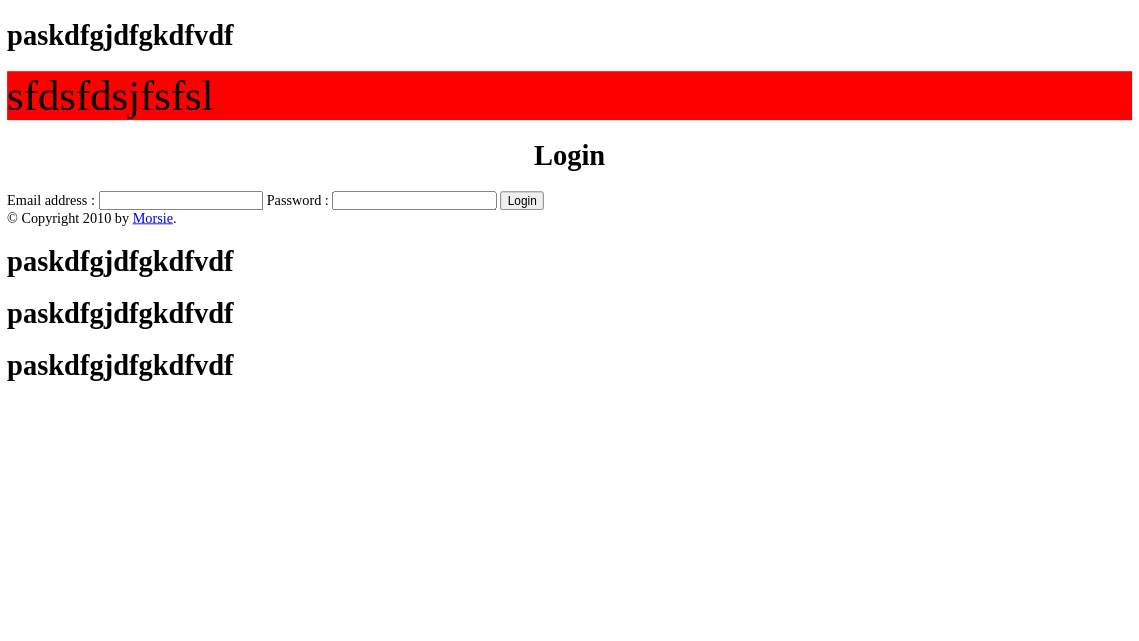
Repository: MorsChen/python-blog
Page: http://localhost/login?next=%2Fnewpost
These files come from the project's save history. The page is drawn as it stood at one moment and after the next save; the edit follows.
The browser window is 1280 px wide. The pictures show the whole page, at 89% of full size.
The page is served by the project's application, run on Flask 3 (default.py).

Above is the page before, as saved 2019-09-09 15:59:44.

### templates/login.html
{% extends 'index.html' %}
{%block title%} Login {% endblock%}
{% block content %}
<form method="POST">
    <h1 style="text-align:center"> Login </h1>
    {{form.hidden_tag()}}
    {{form.email.label}} : {{form.email()}}
    {{form.password.label}} : {{form.password()}}
    {{form.submit}}

</form>


{% endblock %}

### templates/index.html
<!doctype html>
<html>
  <head>
    {% block head %}
    <link rel="stylesheet" href="{{ url_for('static', filename='style.css') }}">
    <title>{% block title %}{% endblock %} - My Blog Webpage</title>
    {% endblock %}
  </head>
  <body>
      <div><h1>paskdfgjdfgkdfvdf</h1></div>
      <nav class="NavBar">sfdsfdsjfsfsl</nav>

      <div id="content">
          {% with messages = get_flashed_messages(with_categories=true) %}
          <!-- Categories: success (green), info (blue), warning (yellow), danger (red) -->
          {% if messages %}
            {% for category, message in messages %}
              <div class="alert alert-{{ category }} alert-dismissible" role="alert">
              <button type="button" class="close" data-dismiss="alert" aria-label="Close"><span aria-hidden="true">&times;</span></button>
              <!-- <strong>Title</strong> --> {{ message }}
              </div>
            {% endfor %}
          {% endif %}
        {% endwith %}

    <div id="content">{% block content %}{% endblock %}</div>
    <div id="footer">
      {% block footer %}
      &copy; Copyright 2010 by <a href="http://domain.invalid/">Morsie</a>.
      {% endblock %}
    </div>
    <div><h1>paskdfgjdfgkdfvdf</h1></div><div><h1>paskdfgjdfgkdfvdf</h1></div><div><h1>paskdfgjdfgkdfvdf</h1></div>
  </body>
</html>

### default.py
import os
from flask import Flask, request, render_template, redirect, url_for, flash
from flask_migrate import Migrate
from flask_sqlalchemy import SQLAlchemy
from werkzeug.security import generate_password_hash, check_password_hash
from datetime import datetime
from flask_wtf import FlaskForm
from wtforms import StringField, SubmitField, PasswordField
from wtforms.validators import DataRequired, Email, EqualTo, ValidationError, Length
from flask_login import LoginManager, UserMixin, login_user, logout_user, current_user, login_required

#setting
app = Flask(__name__)
db = SQLAlchemy(app)
app.config['SECRET_KEY']="SUPERSECRET"

migrate = Migrate(app,db)

login_manager = LoginManager(app)
login_manager.init_app(app)
login_manager.login_view = 'login'


#setting connection
POSTGRES = {
    'user': "khoa",
    'pw': "zzz",
    'db': 'bloghehe',
    'host': "localhost",
    'port': 5432,
}
app.config['SQLALCHEMY_DATABASE_URI'] = 'postgresql://%(user)s:%(pw)s@%(host)s:\
%(port)s/%(db)s' % POSTGRES







#define models

class Users(UserMixin, db.Model):
  id = db.Column(db.Integer, primary_key=True)
  username = db.Column(db.String, nullable=False, unique=True)
  email = db.Column(db.String, nullable=False, unique=True)
  password = db.Column(db.String, nullable=False)
  posts = db.relationship("Posts", backref="users", lazy="dynamic")
  comments = db.relationship("Comments", backref="users", lazy="dynamic")

  def set_pass(self,passw):
    self.password =  generate_password_hash(passw)
  def check_pass(self,passw):
    return check_password_hash(self.password,passw)

class Posts(db.Model):
  id = db.Column(db.Integer, primary_key=True)
  title = db.Column(db.String, nullable=False)
  body = db.Column(db.String, nullable=False)
  created = db.Column(db.DateTime, nullable=False)
  updated = db.Column(db.DateTime)
  author =  db.Column(db.Integer, db.ForeignKey('users.id'), nullable=False)
  comments = db.relationship('Comments', backref="posts", lazy="dynamic")

class Comments(db.Model):
  id = db.Column(db.Integer, primary_key=True)
  body = db.Column(db.String, nullable=False)
  created = db.Column(db.DateTime, nullable=False)
  updated = db.Column(db.DateTime)
  author =  db.Column(db.Integer, db.ForeignKey('users.id'), nullable=False)
  post = db.Column(db.Integer, db.ForeignKey('posts.id'), nullable=False)

db.create_all()


@login_manager.user_loader
def load_user(user_id):
    return Users.query.get(user_id)



#define forms
class Register(FlaskForm):
  username = StringField("User Name", validators=[DataRequired("Please input your username"), Length(min=3, max=20, message="username must have at least 3 char and max 20 chars")])
  email = StringField("Email address", validators=[DataRequired(), Email("Please input an appropriate email address")])
  password = StringField("Password", validators=[DataRequired(), EqualTo("confirm")])
  confirm = StringField("Password", validators=[DataRequired()])
  submit = SubmitField("Register")

  def validate_username(self, field):
        if Users.query.filter_by(username=field.data).first() :
            raise ValidationError("Your username has been registered!!")
  def validate_email(self, field):
        if Users.query.filter_by(email=field.data).first() :
            raise ValidationError("Your email has been registered!!")


class Login(FlaskForm):
  email = StringField("Email address", validators=[DataRequired(), Email("Please input an appropriate email address")])
  password = PasswordField("Password", validators=[DataRequired()])
  submit = SubmitField("Login")

class NewPost(FlaskForm):
  title = StringField("Blog Title", validators=[DataRequired(), Length(min=3,max=255, message="min 3, max 255")])
  body = StringField("Content", validators=[DataRequired(), Length(min=3,max=10000, message="min 3, max 10000")])
  submit = SubmitField("Post")

class New_comment(FlaskForm):
  body = StringField("Comment content", validators=[DataRequired(), Length(min=3, max=1000, message="min 3, max 1000")])
  submit = SubmitField("Comment")

@app.route('/register', methods=['post','get'])
def register():
  form = Register()

  if request.method=="POST":
    if form.validate_on_submit():
      new_user = Users(username = form.username.data,
                        email = form.email.data,
                        )
      new_user.set_pass(form.password.data)
      db.session.add(new_user)
      db.session.commit()
      return redirect(url_for("home"))
    else:
      for field_name, errors in form.errors.items():
          flash(errors)
      return redirect((url_for('register')))
  return render_template('register.html', form = form)

@app.route('/login', methods=['post','get'])
def login():
  form = Login()
  if request.method == 'POST':
    check = Users.query.filter_by(email=form.email.data).first()
    if check :
      if check.check_pass(form.password.data):
        login_user(check)
        return redirect(url_for("home"))
    else:
      flash(["email address not exist"])
      return redirect(url_for('register'))
  return render_template('login.html', form = form)

@app.route('/logout')
@login_required
def logout():
  logout_user()
  return redirect(url_for('login'))

@app.route('/')
def home():
  posts = Posts.query.all()
  return render_template('index.html', posts = posts)


@app.route('/newpost', methods=['post', 'get'])
@login_required
def newpost():
  form = NewPost()
  if request.method == 'POST':
    new_post = Posts(title=form.title.data,
                    body=form.body.data,
                    created = datetime.now())
    current_user.posts.append(new_post)
    db.session.add(new_post)
    db.session.commit()
    return "ok"
  return render_template('newpost.html', form=form)

@app.route('/editpost/<id>', methods=['post','get'])
@login_required
def edit_post(id):
  form = NewPost()
  post = Posts.query.filter_by(id=id, author = current_user.id).first()
  if not post:
    flash([["you are not allowed to edit this post"]])
    return redirect(url_for("home"))
  else:
    if request.method == 'POST':
      post.title = form.title.data
      post.body = form.body.data
      post.updated = datetime.now()
      db.session.commit()
      return "ok"
      # return redirect(url_for('post'))
  return render_template('editpost.html', form = form )

@app.route('/delete_post/<id>', methods=['get'])
@login_required
def delete_post(id):
  post = Posts.query.filter_by(id=id, author=current_user.id).first()
  if post:
    db.session.delete(post)
    db.session.commit()
  else:
    flash(['You are not allowed to delete this post'])
  return redirect(url_for('home'))

@app.route('/single_post/<id>', methods=['get'])
def single_post(id):
  post = Posts.query.filter_by(id=id).first()  # 1 item
  comments = post.comments.all()  # a list
  return render_template('single_post.html', post = post, comments = comments)


@app.route('/posts/<id>/comments', methods=['POST','GET'])
def new_comment(id):
  form = New_comment()
  if request.method == 'POST':
    if form.validate_on_submit():
      post = Posts.query.filter_by(id=id).first()
      c = Comments(body=form.body.data,
                    created = datetime.now(),
                    # author = current_user.id,
                    )
      current_user.comments.append(c) # autho
      post.comments.append(c)      # post
      db.session.add(c)
      db.session.commit()
      return redirect(url_for('single_post', id=id))
    else:
      for field_name, errors in form.errors.items():
          flash(errors)
      return redirect((url_for('new_comment')))
  return render_template('new_comment.html', form = form)



@app.route('/khoa', methods=['get','options',"DELETE"])
def khoa():
  if request.method == "DELETE":
    return "KHOA IS COOL"
  return "NOPE"


if __name__ == "__main__":
  app.run(debug=True, port=5001)

### static/style.css
.NavBar {
    display: flex;
    position: sticky;
    top: 0;
    background-color: red;
    font-size: 3rem;
}

After the next save:
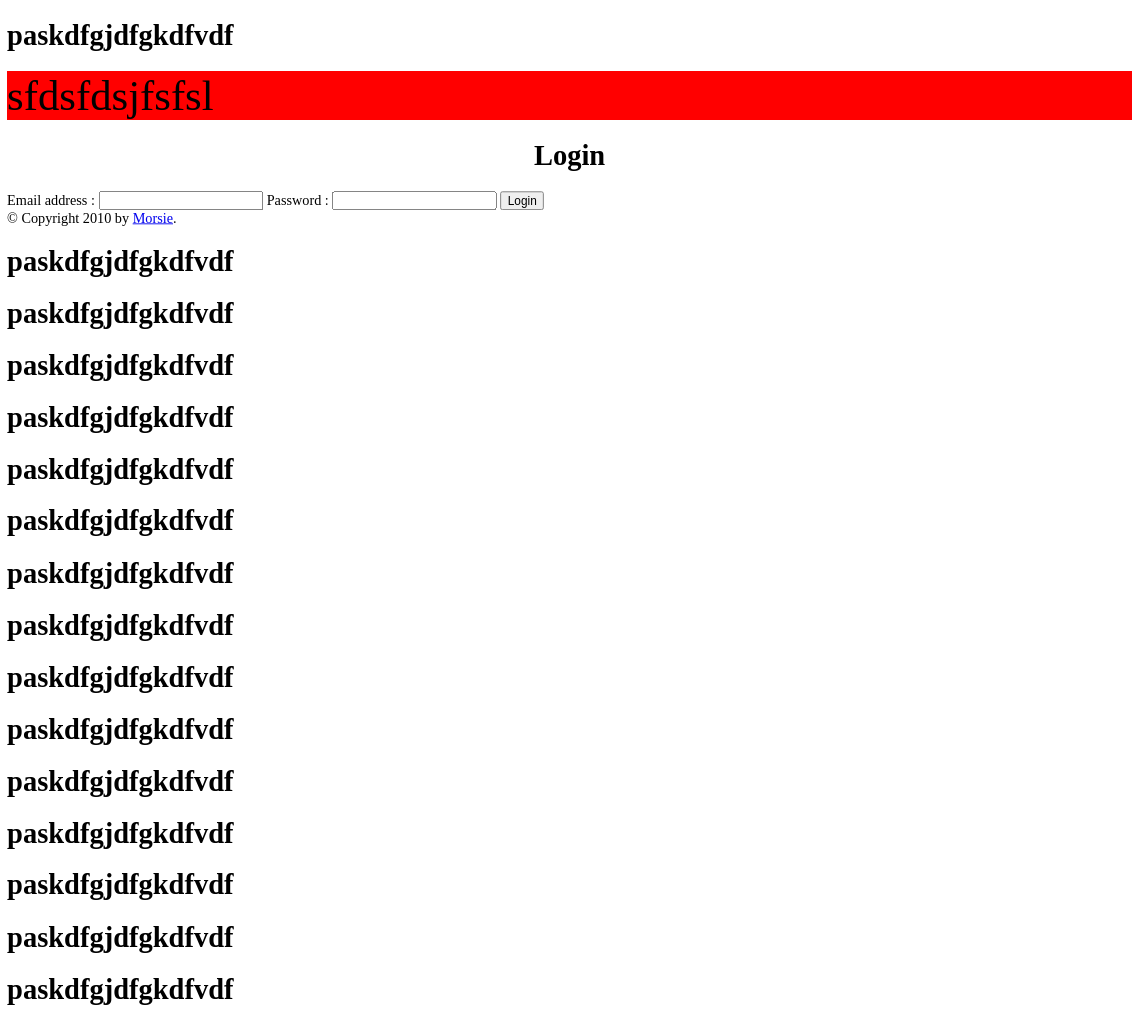
Saved 15 s later.
--- a/templates/index.html
+++ b/templates/index.html
@@ -29,6 +29,6 @@
       &copy; Copyright 2010 by <a href="http://domain.invalid/">Morsie</a>.
       {% endblock %}
     </div>
-    <div><h1>paskdfgjdfgkdfvdf</h1></div><div><h1>paskdfgjdfgkdfvdf</h1></div><div><h1>paskdfgjdfgkdfvdf</h1></div>
+    <div><h1>paskdfgjdfgkdfvdf</h1></div><div><h1>paskdfgjdfgkdfvdf</h1></div><div><h1>paskdfgjdfgkdfvdf</h1></div><div><h1>paskdfgjdfgkdfvdf</h1></div><div><h1>paskdfgjdfgkdfvdf</h1></div><div><h1>paskdfgjdfgkdfvdf</h1></div><div><h1>paskdfgjdfgkdfvdf</h1></div><div><h1>paskdfgjdfgkdfvdf</h1></div><div><h1>paskdfgjdfgkdfvdf</h1></div><div><h1>paskdfgjdfgkdfvdf</h1></div><div><h1>paskdfgjdfgkdfvdf</h1></div><div><h1>paskdfgjdfgkdfvdf</h1></div><div><h1>paskdfgjdfgkdfvdf</h1></div><div><h1>paskdfgjdfgkdfvdf</h1></div><div><h1>paskdfgjdfgkdfvdf</h1></div>
   </body>
 </html>
